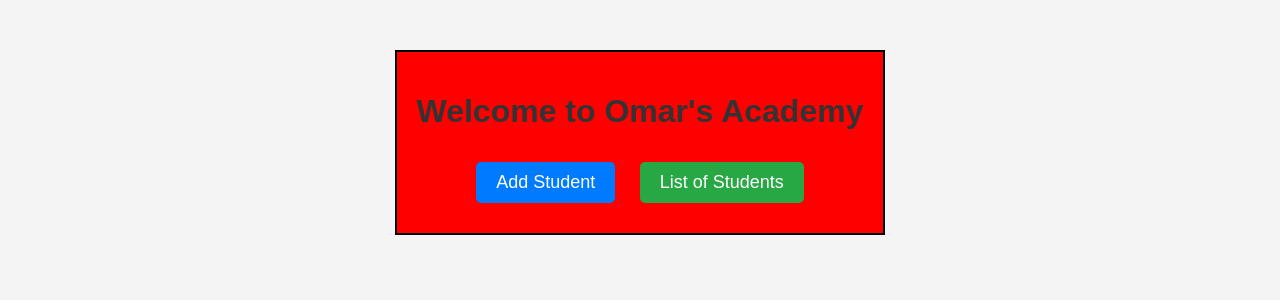
Repository: OmarFaruq97/JspServlet
Page: http://localhost/Form/
The author's editor kept a copy of each file at every save. The page is drawn from the files as they stood at one save, then again after the next save.
The browser window is 1280 px wide. The pictures show the whole page.
The page is served by Tomcat 9. Other server files are loaded and not shown.

Above is the page before, as saved 2025-02-07 13:25:26.

### Form/src/main/webapp/index.jsp
<%@ page language="java" contentType="text/html; charset=UTF-8"  pageEncoding="UTF-8"%>
<!DOCTYPE html>
<html lang="en">
<head>
<meta charset="UTF-8">
<title>Home Page</title>
    <style >
    	body {
    font-family: Arial, sans-serif;
    text-align: center;
    background-color: #f4f4f4;
    margin: 0;
    padding: 0;
}

.container {
    margin-top: 50px;
    border: 2px solid black;
    padding: 20px;
    display: inline-block;
     transition: all 0.3s ease;
     background-color: red;
}
.container:hover {
    background-color: #f0f0f0; /* Change the background color on hover */
    border-color: #007BFF; /* Change the border color on hover */
}


h1 {
    color: #333;
}

.buttons {
    margin-top: 20px;
}

.buttons a {
    display: inline-block;
    padding: 10px 20px;
    text-decoration: none;
    font-size: 18px;
    border-radius: 5px;
    margin: 10px;
    color: white;
}

.blue-btn {
    background-color: #007BFF;
}

.green-btn {
    background-color: #28A745;
}

.yellow-btn {
    background-color: #FFC107;
}

    </style>
</head>
<body>
    <div class="container">
        <h1>Welcome to Omar's  Academy</h1>
        <div class="buttons">
            <a class="blue-btn" href="pages/MainForm.jsp">Add Student</a>
            <a class="green-btn" href="pages/list-students.jsp">List of Students</a>
            <!-- <a class="yellow-btn" href="pages/update-student.jsp">Update Student</a> -->
        </div>
    </div>
</body>
</html>

After the next save:
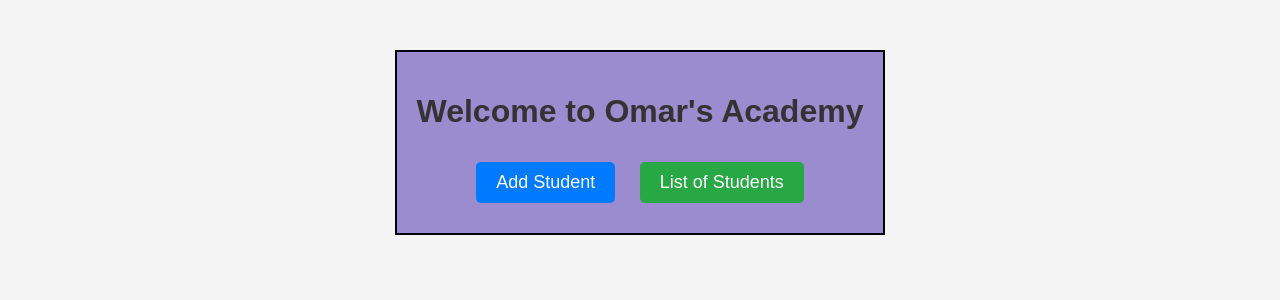
Saved 3 h 5 min later.
--- a/Form/src/main/webapp/index.jsp
+++ b/Form/src/main/webapp/index.jsp
@@ -19,7 +19,7 @@
     padding: 20px;
     display: inline-block;
      transition: all 0.3s ease;
-     background-color: red;
+     background-color: #9a8ccf;
 }
 .container:hover {
     background-color: #f0f0f0; /* Change the background color on hover */
